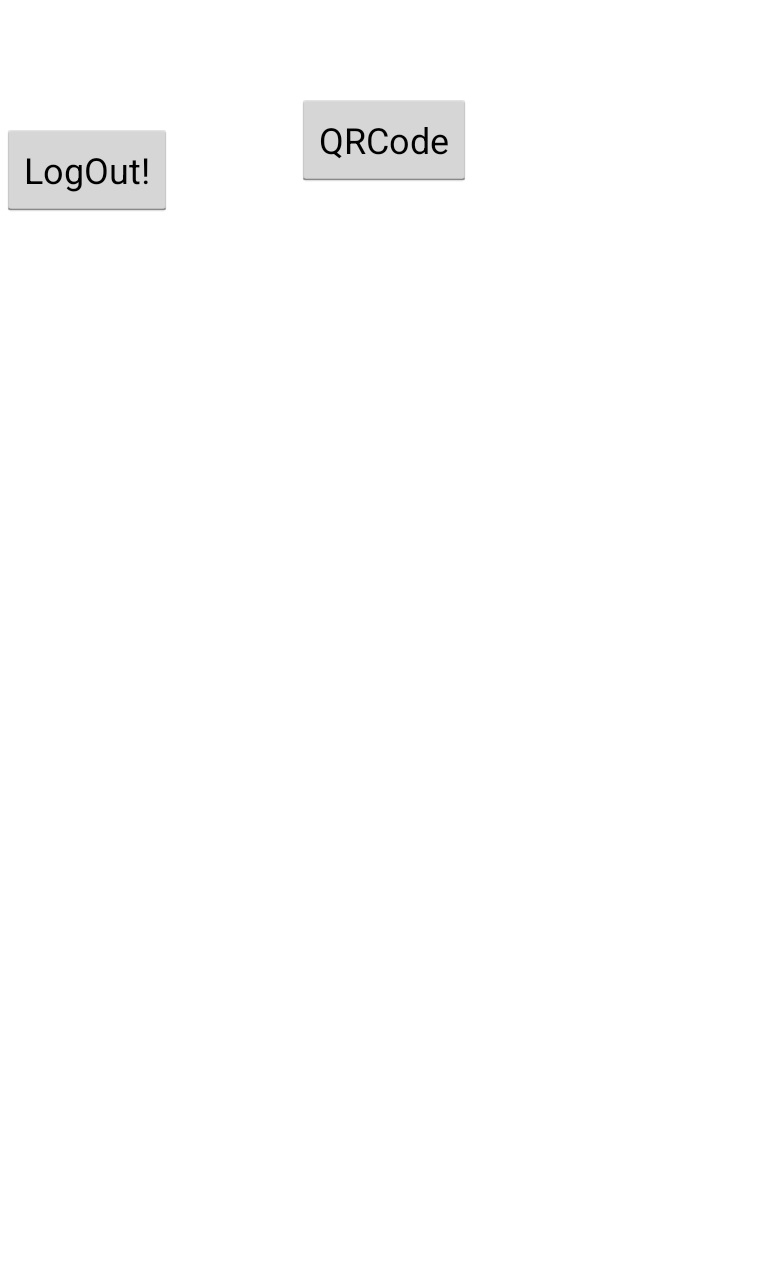
Repository: raphaelferras/eshelf
Layout: eshelfApp/E-shelf/res/layout/activity_menu.xml
These files come from the project's save history. The layout is drawn as it stood at one moment and after the next save; the edit follows.
It is drawn on a 768 x 1280 px phone screen (xhdpi) without system bars, with theme AppTheme; the app's code is not run.

Above is the layout before, as saved 2013-03-23 15:04:22.

After the next save:
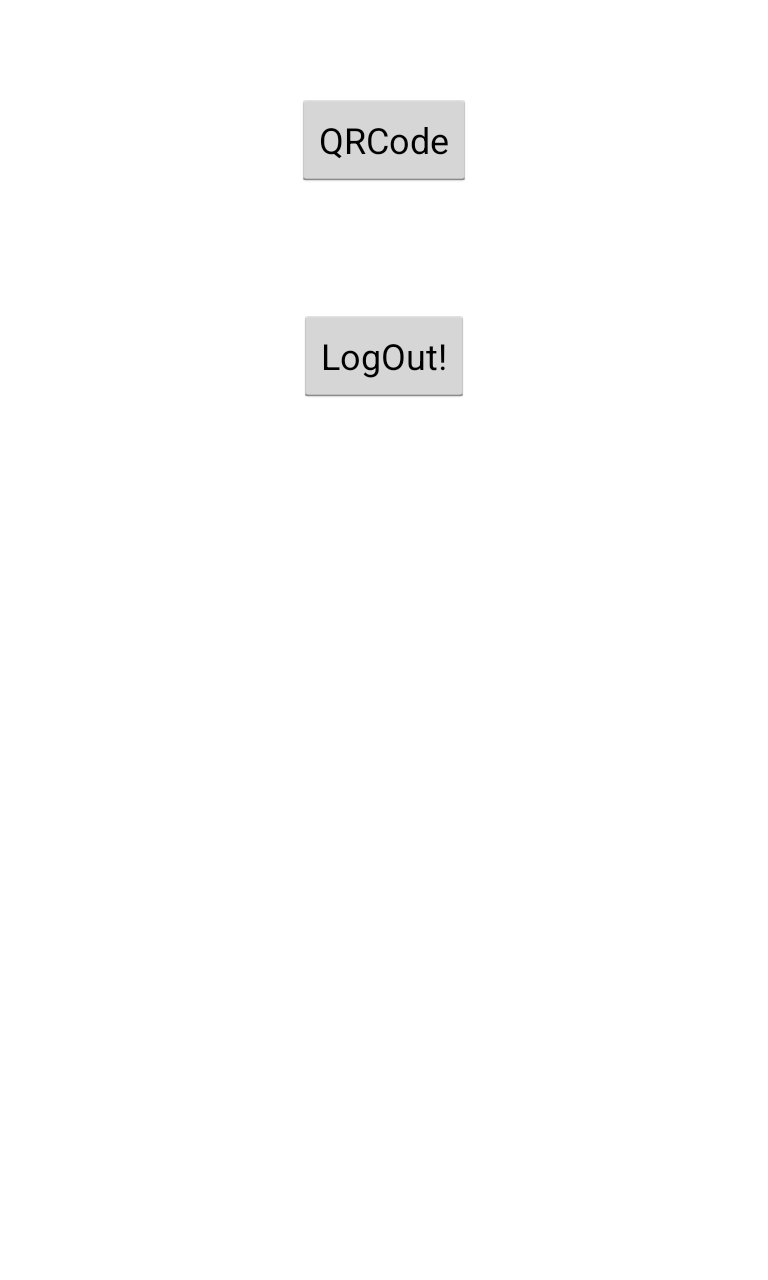
Saved 4 s later.
--- a/eshelfApp/E-shelf/res/layout/activity_menu.xml
+++ b/eshelfApp/E-shelf/res/layout/activity_menu.xml
@@ -16,9 +16,9 @@
         android:id="@+id/logout"
         android:layout_width="wrap_content"
         android:layout_height="wrap_content"
-        android:layout_alignLeft="@+id/button1"
-        android:layout_below="@+id/button1"
-        android:layout_marginTop="61dp"
+        android:layout_below="@+id/qrcode"
+        android:layout_centerHorizontal="true"
+        android:layout_marginTop="60dp"
         android:text="LogOut!" />
 
 </RelativeLayout>
